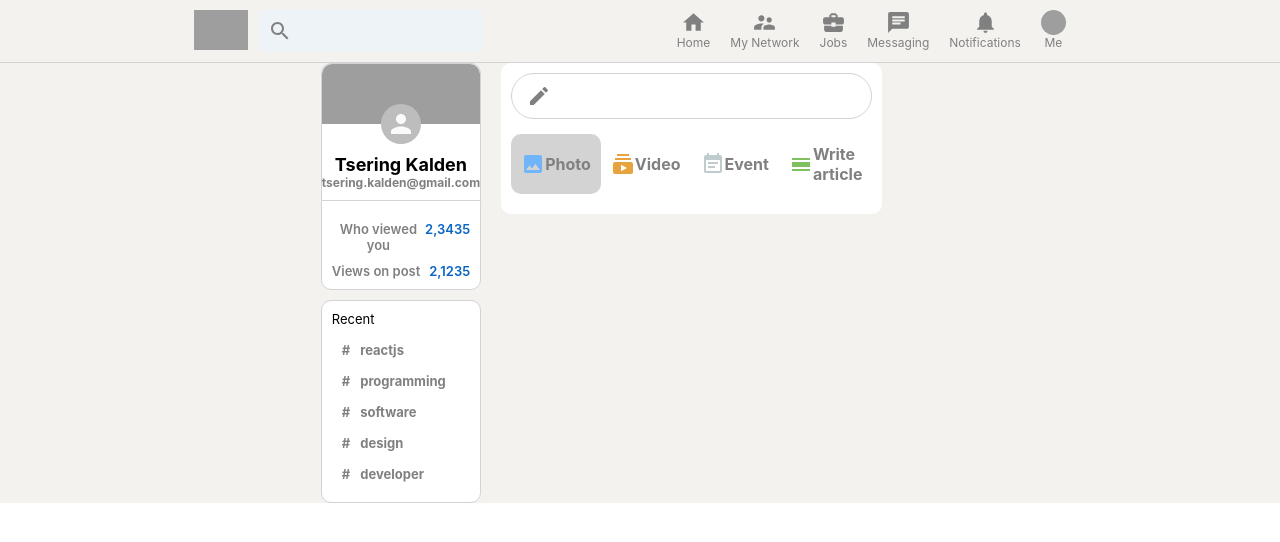
Repository: exiled-kal/linkedInreact-redux
Page: /
An editor plug-in stored every save of this project. The page is shown before and after a run of saves, followed by the edit.
The browser window is 1280 px wide. The pictures show the whole page.
The pointer rests on the first visible `.inputOption`.
Pictures or frames that could not be fetched are drawn as grey boxes. The project was rebuilt for these pictures with package versions that can differ from the ones it lists, and the page was loaded fresh each time.

Above is the page before, as saved 2020-12-22 20:54:51.

After the next 2 saves:
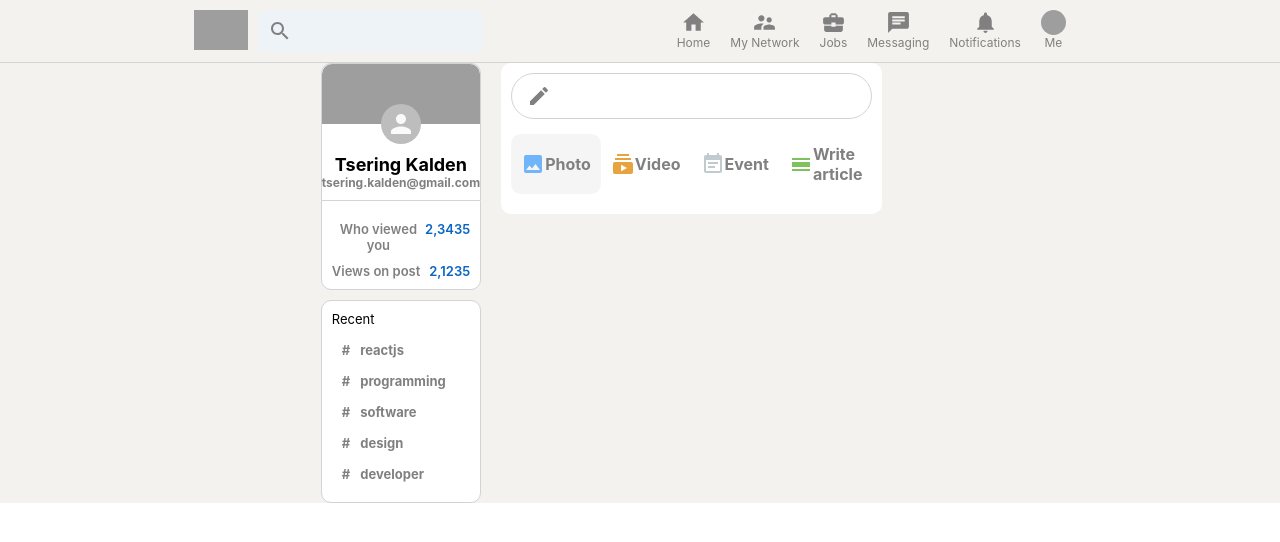
The 2 saves are shown as one change because they came seconds apart.
The last was saved 4 min 3 s later.
--- a/src/InputOption.css
+++ b/src/InputOption.css
@@ -8,6 +8,6 @@
 }
 
 .inputOption:hover {
-  background-color: lightgray;
+  background-color: whitesmoke;
   border-radius: 10px;
 }
